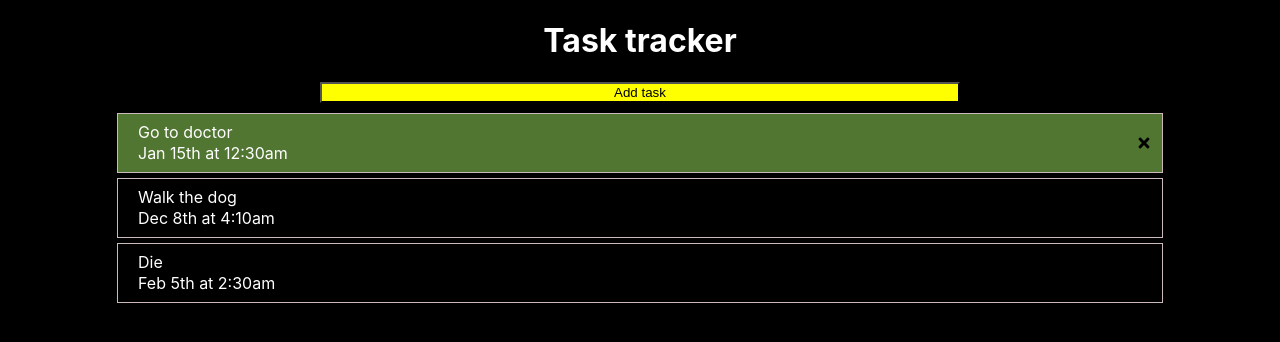
Repository: roscaImarius/task-tracker-react
Page: /
The author's editor kept a copy of each file at every save. The page is drawn from the files as they stood at one save, then again after the next save.
The browser window is 1280 px wide. The pictures show the whole page.
The project was rebuilt for these pictures with package versions that can differ from the ones it lists, and the page was loaded fresh each time. Also part of the build but not shown: src/components/AddTask.js.

Above is the page before, as saved 2021-03-31 12:49:52.

### src/App.js
import "./App.css";
import Header from "./components/Header";
import React, { useState } from "react";

function App() {
  const [showAdd, setShowAdd] = useState(false);
  const [tasks, setTasks] = useState([
    {
      id: 1,
      text: "Go to doctor",
      day: "Jan 15th at 12:30am",
      reminder: false,
    },
    {
      id: 2,
      text: "Walk the dog",
      day: "Dec 8th at 4:10am",
      reminder: true,
    },
    {
      id: 3,
      text: "Die",
      day: "Feb 5th at 2:30am",
      reminder: true,
    },
  ]);

  // show add form
  const onClickAdd = () => {
    setShowAdd(!showAdd);
  };

  // save task
  const onSaveTask = (task) => {
    let randId = new Date().getTime();
    const newTask = { id: randId, ...task };
    console.log(newTask);
    setTasks([...tasks, newTask]);
    setShowAdd(false);
  };

  //delete task
  const onDelete = (id) => {
    setTasks(tasks.filter((t) => t.id !== id));
  };
  // Mark task
  const onDubleClick = (id) => {
    setTasks(
      tasks.map((task) =>
        task.id === id ? { ...task, reminder: !task.reminder } : task
      )
    );
  };
  return (
    <div className="App">
      <Header
        showAdd={showAdd}
        setShowAdd={setShowAdd}
        title={"Task tracker"}
        onDelete={onDelete}
        onSaveTask={onSaveTask}
        onClickAdd={onClickAdd}
        onDubleClick={onDubleClick}
        tasks={tasks}
      />
      {tasks.length === 0 ? <p>No tasks to show</p> : null}
    </div>
  );
}

export default App;

### src/App.css
.App {
  text-align: center;
}
body {
  background-color: black;
  color: white;
}

/* HEADER */
.header-container {
  display: flex;
  flex-direction: column;
}
.add-btn {
  margin: auto;
  width: 50%;
}
.task {
  display: flex;
  justify-content: space-between;
  padding-left: 20px;
  margin: auto;
  line-height: 5px;
  margin-bottom: 5px;
  border: 1px solid rgb(204, 186, 186);
  width: 80%;
  text-align: start;
}
.x {
  margin-right: 10px;
  color: black;
  margin: auto 5px;
  cursor: pointer;
  padding: 5px;
}
.marked {
  background-color: rgba(161, 236, 100, 0.5);
}
/* FORM */
.form-field {
  margin: 0 auto;
  display: flex;
  flex-direction: column;
  text-align: start;
  width: 80%;
  box-sizing: border-box;
}
.form-container {
  margin: auto;
  width: 70%;
  display: inline-block;
  padding: 10px;
  border: 1px solid gray;
  margin-bottom: 10px;
}

### src/components/Header.js
import React from "react";
import PropTypes from "prop-types";
import Tasks from "./Tasks";
import Button from "./Button";
import AddTask from "./AddTask";

const Header = ({
  title,
  onClickAdd,
  onDelete,
  onSaveTask,
  onDubleClick,
  tasks,
  showAdd,
  setShowAdd,
}) => {
  return (
    <header className="header-container">
      <h1>{title}</h1>
      <Button
        onClick={onClickAdd}
        showAdd={showAdd}
        setShowAdd={setShowAdd}
        color="yellow"
      />
      {showAdd && <AddTask onSaveTask={onSaveTask} />}
      <Tasks onDelete={onDelete} onDubleClick={onDubleClick} tasks={tasks} />
    </header>
  );
};

Header.defaultProps = {
  title: "Task tracker",
};

Header.propTypes = {
  title: PropTypes.string.isRequired,
};

export default Header;

### src/components/Tasks.js
import React from "react";
import Task from "./Task";

const Tasks = ({ tasks, onDubleClick, onDelete }) => {
  return (
    <div>
      {tasks.map((t) => (
        <Task
          key={t.id}
          onDubleClick={onDubleClick}
          onDelete={onDelete}
          t={t}
        />
      ))}
    </div>
  );
};

export default Tasks;

### src/components/Button.js
import React from "react";

const Button = ({ color, showAdd, onClick }) => {
  return (
    <button
      onClick={onClick}
      style={{ backgroundColor: color, marginBottom: "10px" }}
      className="add-btn"
    >
      {showAdd ? "Cancel Add task " : "Add task"}
    </button>
  );
};
Button.defaultProps = {
  color: "blue",
};

export default Button;

### src/components/Task.js
import React from "react";
import { FaTimes } from "react-icons/fa";

const Task = ({ t, onDubleClick, onDelete }) => {
  return (
    <div
      onDoubleClick={() => onDubleClick(t.id)}
      className={t.reminder ? " task" : "task marked"}
    >
      <div>
        <p>{t.text}</p>
        <p>{t.day}</p>
      </div>
      <FaTimes className="x" onClick={() => onDelete(t.id)} />
    </div>
  );
};

export default Task;

Loaded but not shown: public/index.html (common file); src/index.js (common file); src/index.css (common file); src/reportWebVitals.js (common file)

After the next save:
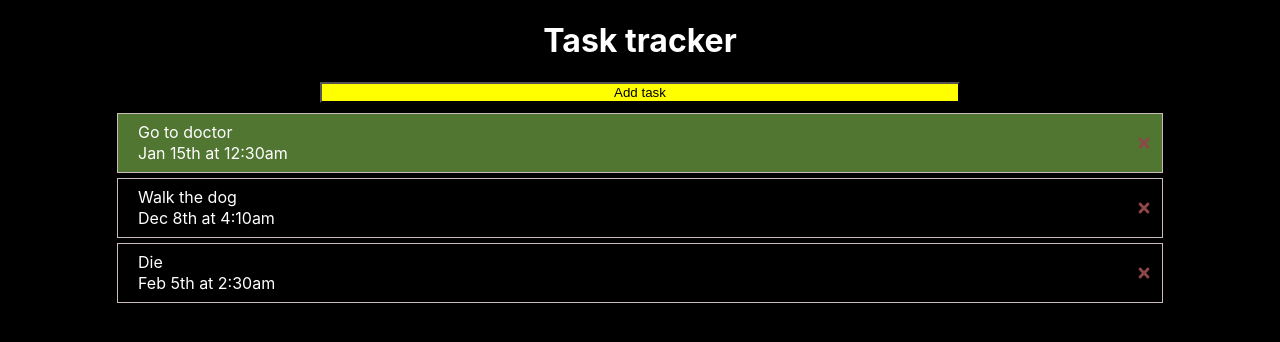
Saved 106 s later.
--- a/src/App.css
+++ b/src/App.css
@@ -28,7 +28,7 @@ body {
 }
 .x {
   margin-right: 10px;
-  color: black;
+  color: rgb(140, 71, 71);
   margin: auto 5px;
   cursor: pointer;
   padding: 5px;
